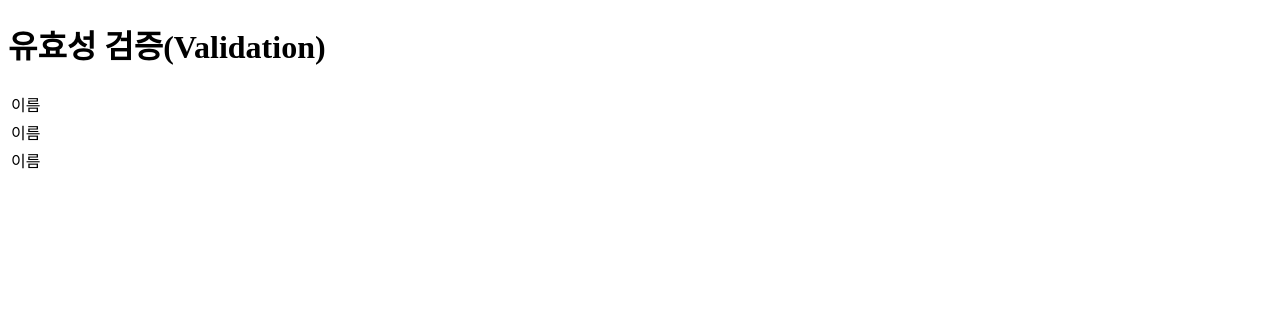
Repository: brotherdoor/myworkplace
Page: http://localhost/AjaxWithXML/validation.jsp
The author's editor kept a copy of each file at every save. The page is drawn from the files as they stood at one save, then again after the next save.
The browser window is 1280 px wide. The pictures show the whole page.
Some web libraries are served in a nearby version. The page is served by Tomcat 9. Other server files are loaded and not shown.

Above is the page before, as saved 2017-03-10 02:33:47.

### mybatis/AjaxWithXML/WebContent/validation.jsp
<%@ page language="java" contentType="text/html; charset=EUC-KR"
    pageEncoding="EUC-KR"%>
<!DOCTYPE html PUBLIC "-//W3C//DTD HTML 4.01 Transitional//EN" "http://www.w3.org/TR/html4/loose.dtd">
<html>
<head>
<meta http-equiv="Content-Type" content="text/html; charset=EUC-KR">
<title>Insert title here</title>
<script type="text/javascript"
	src="https://ajax.googleapis.com/ajax/libs/jquery/3.1.1/jquery.min.js"></script>
</head>
<body>
	<h1>유효성 검증(Validation)</h1>
	<table>
	<tr><td>이름</td></tr>
	<tr><td>이름</td></tr>
	<tr><td>이름</td></tr>
	</table>

</body>
</html>

After the next save:
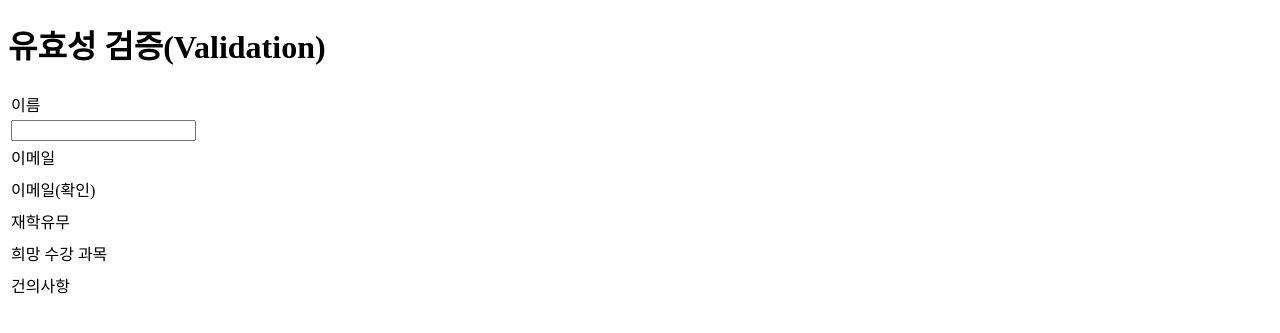
Saved 2 min 52 s later.
--- a/mybatis/AjaxWithXML/WebContent/validation.jsp
+++ b/mybatis/AjaxWithXML/WebContent/validation.jsp
@@ -10,11 +10,22 @@
 </head>
 <body>
 	<h1>유효성 검증(Validation)</h1>
-	<table>
-	<tr><td>이름</td></tr>
-	<tr><td>이름</td></tr>
-	<tr><td>이름</td></tr>
-	</table>
+	<form action="#">
+		<table>
+			<tr><td>이름</td></tr>
+			<tr><td><input type="text" id="name"></td></tr>
+			<tr><td>이메일</td></tr>
+			<tr><td></td></tr>
+			<tr><td>이메일(확인)</td></tr>
+			<tr><td></td></tr>
+			<tr><td>재학유무</td></tr>
+			<tr><td></td></tr>
+			<tr><td>희망 수강 과목</td></tr>
+			<tr><td></td></tr>
+			<tr><td>건의사항</td></tr>
+			<tr><td></td></tr>
+		</table>
+	</form>
 
 </body>
 </html>
